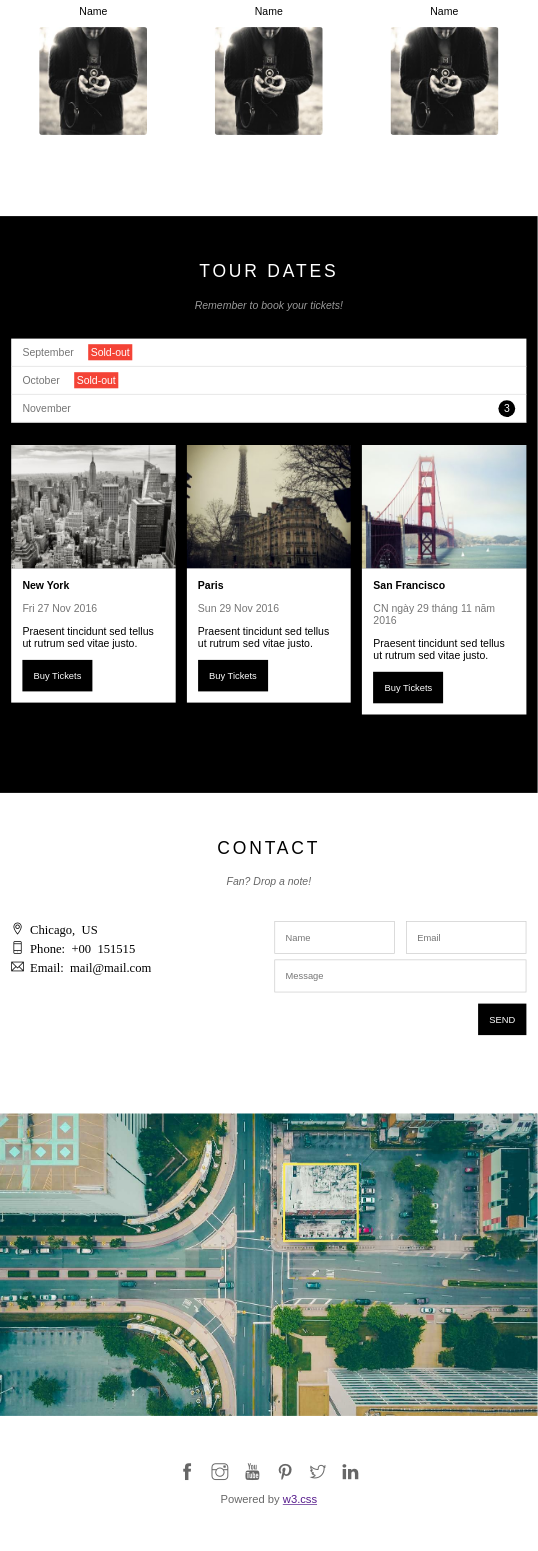
Repository: BillLee2000/w3-band
Page: index.html
An editor plug-in stored every save of this project. The page is shown before and after the next save, followed by the edit.
The browser window is 768 px wide. The pictures show the part of the page from y = 804 to 3044 px (the page is 3020 px tall before and 3044 px after), at 70% of full size.

Above is the page before, as saved 2021-12-17 06:46:08.

After the next save:
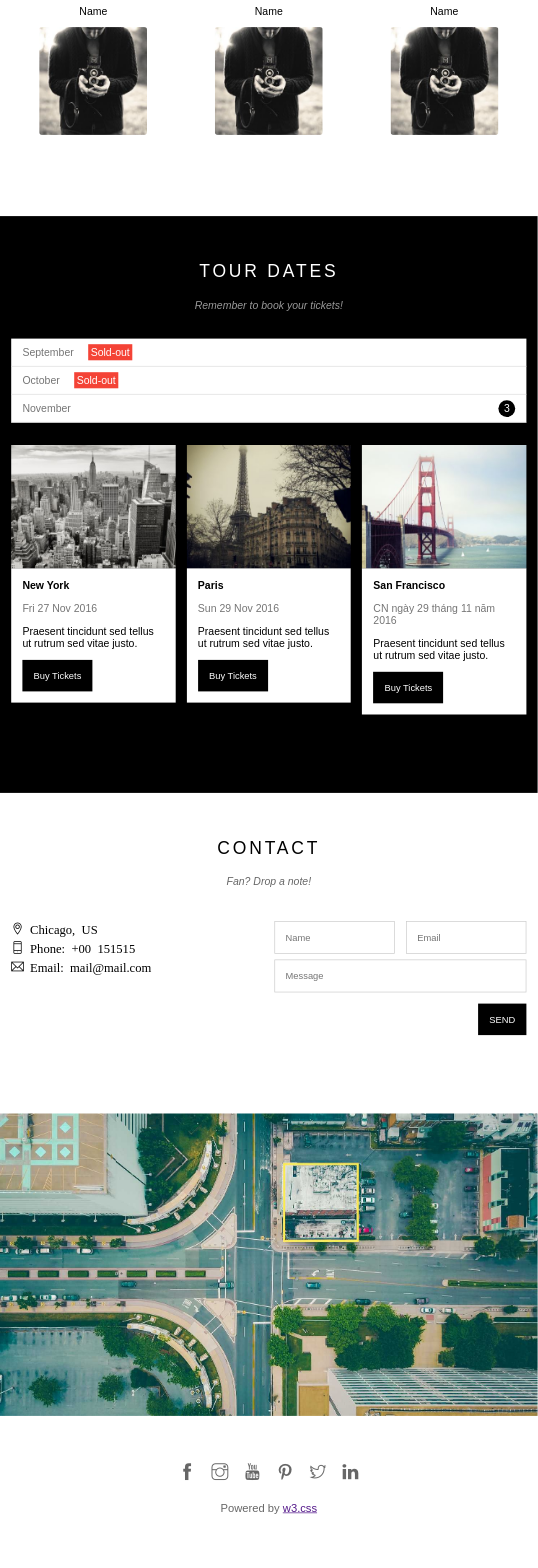
Saved 72 s later.
--- a/assets/css/responsive.css
+++ b/assets/css/responsive.css
@@ -14,6 +14,10 @@
     }
     #footer .social-list a {
         margin: 0 8px;
+    }
+    #footer .copyright {
+        padding: 12px 0;
+        display: inline-block;
     }
 }
 
